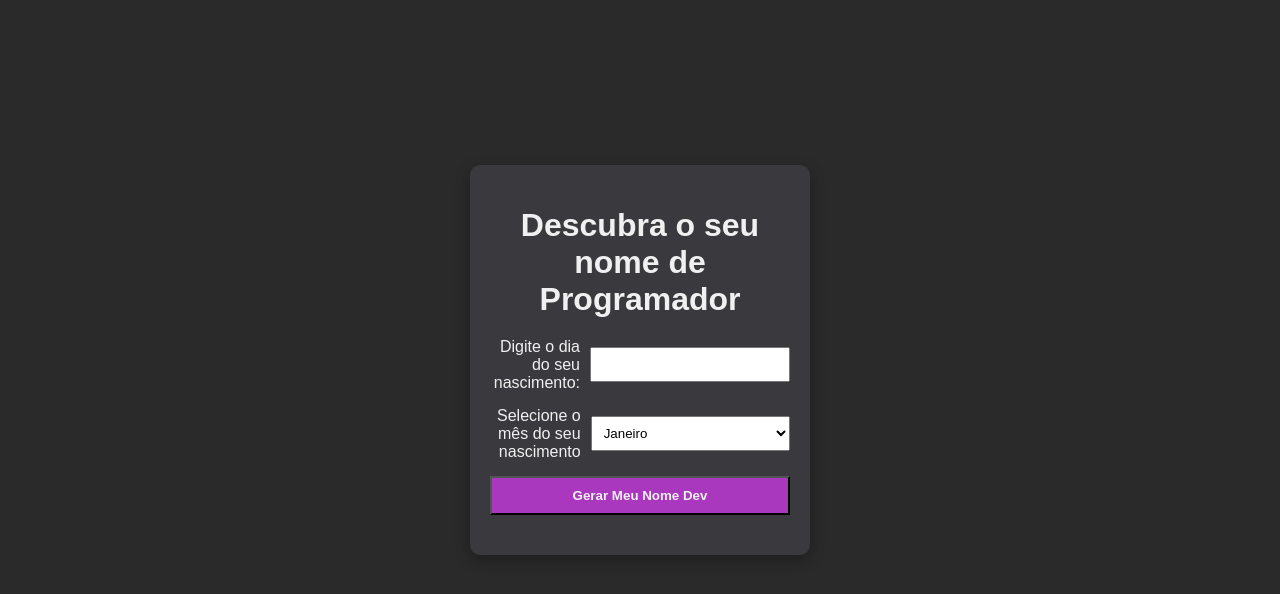
Repository: analessp/seu-nome-dev
Page: index.html
The author's editor kept a copy of each file at every save. The page is drawn from the files as they stood at one save, then again after the next save.
The browser window is 1280 px wide. The pictures show the whole page.

Above is the page before, as saved 2025-05-13 11:33:20.

### index.html
<!DOCTYPE html>
<html lang="pt-BR">
<head>
    <meta charset="UTF-8">
    <meta name="viewport" content="width=device-width, initial-scale=1.0">
    <title>Seu Nome Dev</title>
    <link rel="stylesheet" href="styles.css">
</head>
<body>
    <div class="container">
        <h1>Descubra o seu nome de Programador</h1>
        <div class="form-group">
            <label for="dia">Digite o dia do seu nascimento:</label>
            <input type="number" id="dia" min="1" max="31">
        </div>
        <div class="form-group">
            <label for="mes">Selecione o mês do seu nascimento</label>
            <select id="mes">
                <option value="1">Janeiro</option>
                <option value="2">Fevereiro</option>
                <option value="3">Março</option>
                <option value="4">Abril</option>
                <option value="5">Maio</option>
                <option value="6">Junho</option>
                <option value="7">Julho</option>
                <option value="8">Agosto</option>
                <option value="9">Setembro</option>
                <option value="10">Outubro</option>
                <option value="11">Novembro</option>
                <option value="12">Dezembro</option>
            </select>
        </div>
        <button onclick="gerarNomeDev()">Gerar Meu Nome Dev</button>
        <div class="resultado" id="resultado"></div>
    </div>
    <script src="app.js"></script>
</body>
</html>

### styles.css
body {
    background-color: #2a2a2a;
    color: #f0f0f0;
    font-family: "Nunito", sans-serif;
    display: flex;
    justify-content: center;
    align-items: center;
    height: 100vh;
    margin: 0;
}

.container {
    background-color: #3a3a3e;
    padding: 20px;
    border-radius: 10px;
    box-shadow: 0px 5px 15px rgba(0, 0, 0, 0.3);
    width: 300px;
}

h1 {
    text-align: center;
    margin-bottom: 20px;
}

.form-group {
    display: flex;
    align-items: center;
    justify-content: space-between;
    margin-bottom: 15px;
}

.form-group label {
    flex: 1;
    margin-right: 10px;
    text-align: right;
}

.form-group input,
.form-group select {
    flex: 2;
    padding: 8px;
    border-radius: 5px
    border: none;
    outline: none;
}

button {
    width: 100%;
    padding: 10px;
    background-color: #aa38be;
    color: #f0f0f0;
    font-weight: bold;
    transition: background-color 0.3s;
}

button:hover {
    background-color: #e27cd3;
}

.resultado {
    margin-top: 20px;
    font-size: 1.2rem;
    font-weight: bold;
    color: #8b14c7;
}

### app.js
function gerarNomeDev() {
    const dia = parseInt(document.getElementById("dia").value);
    const mes = parseInt(document.getElementById("mes").value);
    const resultado = document.getElementById("resultado");

    if (isNaN(dia) || dia < 1 || dia > 31) {
        resultado.textContent = "Insira um dia válido.";
        return;
    }

    const títulos = {
    1: "Desenvolvedor(a)",
    2: "Desenvolvedor(a)",
    3: "Programador(a)",
    4: "Programador(a)",
    5: "Programador(a)",
    6: "Estagiário(a)",
    7: "Estagiário(a)",
    8: "EEstagiário(a)",
    9: "Sênior",
    0: "Sênior",
};

const meses = {
    1: "bugado(a)",
    2: "do CTRL C, CTRL V",
    3: "das gambiarras",
    4: "que culpa o cache",
    5: "que esquece o que faz",
    6: "do git vazio",
    7: "das try/ catch vazia",
    8: "famosinho do LinkedIn",
    9: "caçador de bugs",
    10: "do Windows Pirata",
    11: "do update sem where",
    12: "do commit bugado",
};

const ultimoDigito = dia % 10;
const titulo = títulos[ultimoDigito];
const mesTexto = meses[mes];

resultado.textContent = `${titulo} ${mesTexto}`;

}

After the next save:
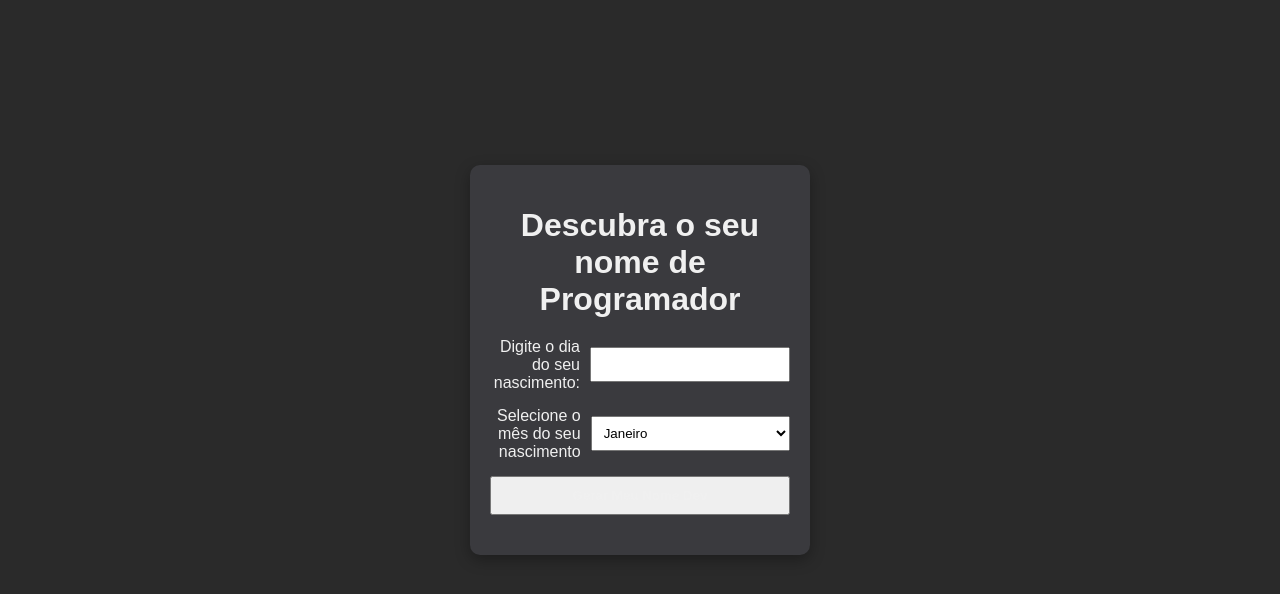
Saved 5 s later.
--- a/styles.css
+++ b/styles.css
@@ -47,6 +47,7 @@ h1 {
 button {
     width: 100%;
     padding: 10px;
+    marg
     background-color: #aa38be;
     color: #f0f0f0;
     font-weight: bold;
